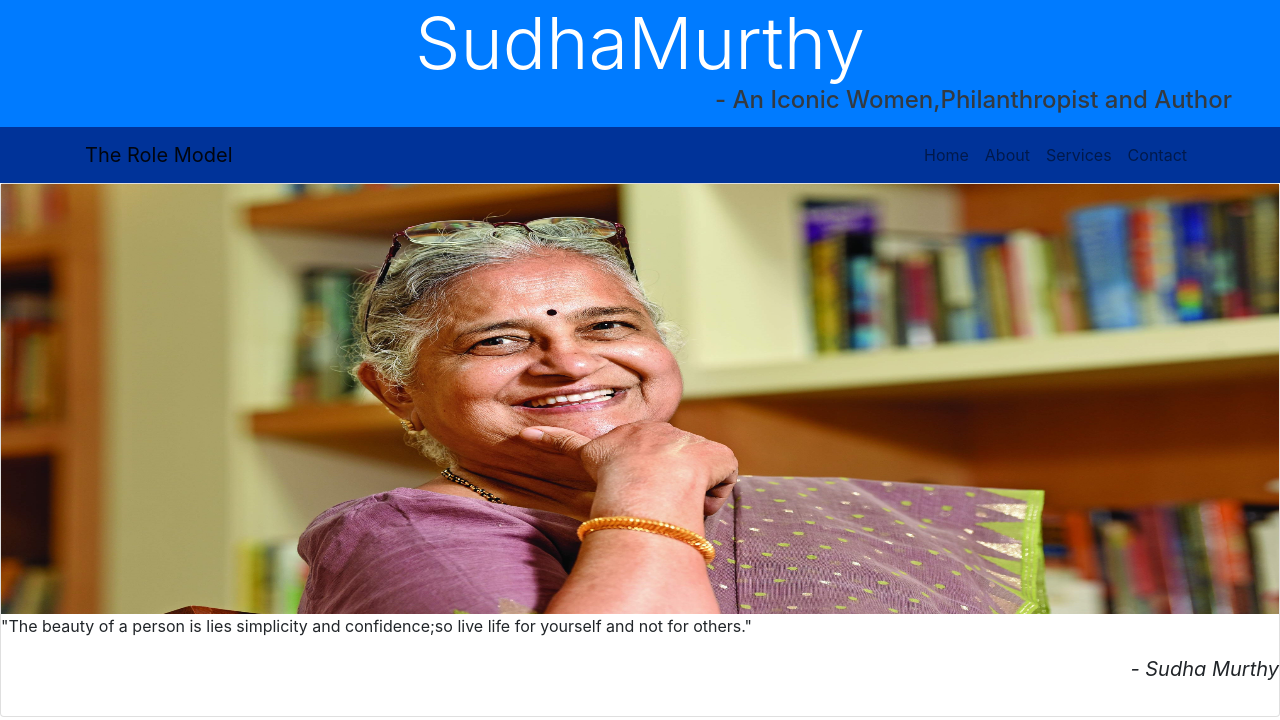
Repository: sumanthr18/RoleModel
Page: index.html
An editor plug-in stored every save of this project. The page is shown before and after the next save, followed by the edit.
The browser window is 1280 px wide. The pictures show the whole page.

Above is the page before, as saved 2020-03-14 17:29:43.

### index.html
<!DOCTYPE html>
<html lang="en">
<head>
    <meta charset="UTF-8">
    <meta name="viewport" content="width=device-width, initial-scale=1.0">
    <title>SudhaMurthy</title>
    <link rel="stylesheet" href="https://stackpath.bootstrapcdn.com/bootstrap/4.4.1/css/bootstrap.min.css" integrity="sha384-Vkoo8x4CGsO3+Hhxv8T/Q5PaXtkKtu6ug5TOeNV6gBiFeWPGFN9MuhOf23Q9Ifjh" crossorigin="anonymous">
</head>
<body>
    <header class="bg-primary pb-1">
        <h1 class="display-3 text-center my-0 text-white ">SudhaMurthy</h1>
        <h4 class="text-right mr-5 text-dark">- An Iconic Women,Philanthropist and Author</h4>
    </header>
    <nav style="background-color: #003399;" class="navbar navbar-expand-sm navbar-light mb-0">
        <div class="container">
            <a class="navbar-brand " href="#">The Role Model</a>
            <button class="navbar-toggler" data-toggle="collapse" data-target="#navbarNav">
                <span class="navbar-toggler-icon"></span>
            </button>
            <div class="collapse navbar-collapse" id="navbarNav">
                <ul class="navbar-nav ml-auto">
                    <li class="nav-item">
                        <a class="nav-link" href="#">Home</a>
                    </li>
                    <li class="nav-item">
                        <a class="nav-link" href="#">About</a>
                    </li>
                    <li class="nav-item">
                        <a class="nav-link" href="#">Services</a>
                    </li>
                    <li class="nav-item">
                        <a class="nav-link" href="#">Contact</a>
                    </li>
                </ul>
            </div>
        </div>
    </nav>
    <div class="card">
        <img class="" style="width:100%;height:430px" src="Sudha_Murty_1-update.jpg">
        <blockquote>
            <p>"The beauty of a person is lies simplicity and confidence;so live life for yourself and not for others."</p>
            <footer class="blockquote text-right"><cite>- Sudha Murthy</cite></footer>
        </blockquote>
    </div>
</body>
</html>

After the next save:
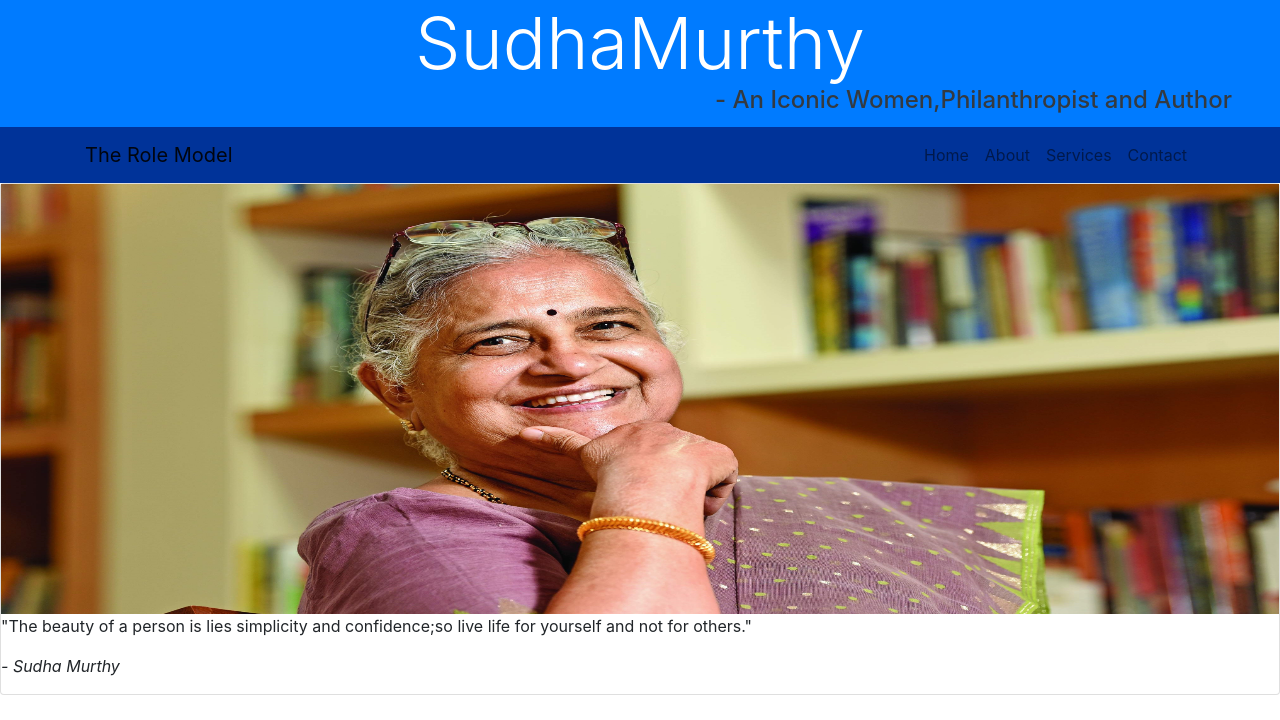
Saved 74 s later.
--- a/index.html
+++ b/index.html
@@ -39,7 +39,7 @@
         <img class="" style="width:100%;height:430px" src="Sudha_Murty_1-update.jpg">
         <blockquote>
             <p>"The beauty of a person is lies simplicity and confidence;so live life for yourself and not for others."</p>
-            <footer class="blockquote text-right"><cite>- Sudha Murthy</cite></footer>
+            <footer ><cite>- Sudha Murthy</cite></footer>
         </blockquote>
     </div>
 </body>
